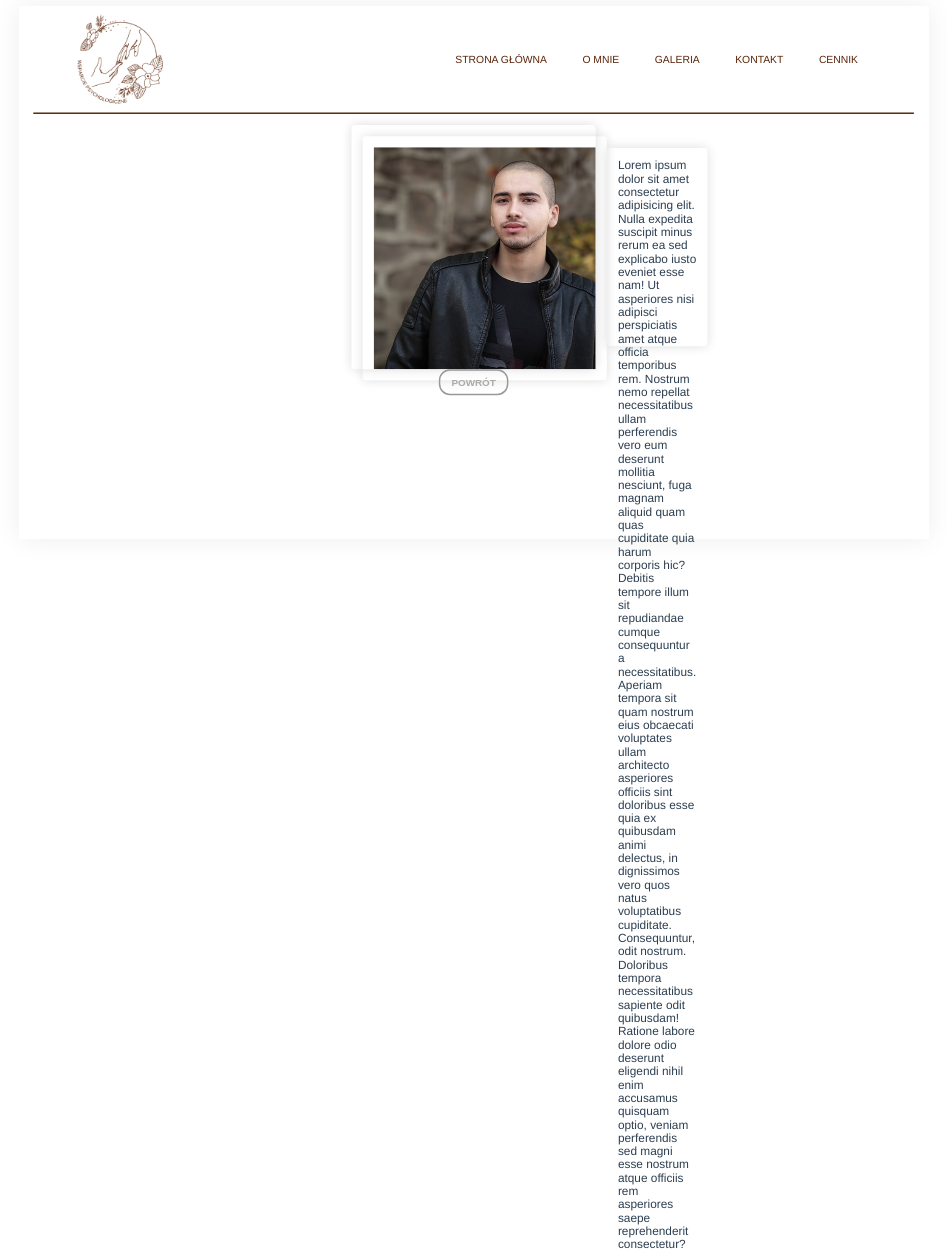
Repository: Kondzioor/szczepan-page
Page: /about
These files come from the project's save history. The page is drawn as it stood at one moment and after the next save; the edit follows.
The browser window is 1280 px wide. The pictures show the whole page, at 74% of full size.
Some web libraries are served in a nearby version. The project was rebuilt for these pictures with package versions that can differ from the ones it lists, and the page was loaded fresh each time. Also part of the build but not shown: src/views/Home.vue.

Above is the page before, as saved 2022-04-12 14:43:02.

### public/index.html
<!DOCTYPE html>
<html lang="">
  <head>
    <meta charset="utf-8">
    <meta http-equiv="X-UA-Compatible" content="IE=edge">
    <meta name="viewport" content="width=device-width,initial-scale=1.0">
    <link rel="icon" href="<%= BASE_URL %>favicon.ico">
    <title><%= htmlWebpackPlugin.options.title %></title>
    <script src="https://kit.fontawesome.com/c0ecb9f799.js" crossorigin="anonymous"></script>
  </head>
  <body>
    <noscript>
      <strong>We're sorry but <%= htmlWebpackPlugin.options.title %> doesn't work properly without JavaScript enabled. Please enable it to continue.</strong>
    </noscript>
    <div id="app"></div>
    <!-- built files will be auto injected -->
  </body>
</html>

### src/App.vue
<template>
 <div class="app">
   <Navbar />
   <router-view></router-view>
 </div>
</template>
<script>
import Navbar from './components/Navbar.vue'
export default {
  components:{
    Navbar,
  }
}
</script>

<style lang="scss">
.app {
  font-family: Avenir, Helvetica, Arial, sans-serif;
  -webkit-font-smoothing: antialiased;
  -moz-osx-font-smoothing: grayscale;
  color: #2c3e50;
  width: 100%;
  box-sizing: border-box;
  max-width:  1230px;
  min-height: 100vh;
  margin: 0 auto;
  padding: 0 20px;
  box-shadow: 0 0 35px #eee ;
}
a{
  text-decoration: none;
}
ul li{
  list-style: none;
}
button{
  border: none;
  outline: none;
  background: transparent;
  cursor: pointer;
}
</style>

### src/router/index.js
import { createRouter, createWebHistory } from 'vue-router'
import Home from '../views/Home.vue'
import AboutUs from '../views/AboutUs.vue'

const routes = [
  {
    path: '/',
    name: 'Home',
    component: Home
  },
  {
    path: '/about',
    name: 'AboutUs',
    component: AboutUs
  }
]

const router = createRouter({
  history: createWebHistory(process.env.BASE_URL),
  routes
})

export default router

### src/components/Navbar.vue
<template>
    <div class="header">
        <nav>
            <div class="branding">
                <img class="logo" src="../assets/logo/logo.png" alt="">
            </div>
            <ul v-if="!mobile" class="navigation">
                <li ><a class="link" href="#" @click="homePush">Strona główna</a></li>
                <li ><a class="link" href="#" @click="aboutUsPush">O mnie</a></li>
                <li ><a class="link" href="#">Galeria</a></li>
                <li ><a class="link" href="#">Kontakt</a></li>
                <li ><a class="link" href="#">Cennik</a></li>
            </ul>

            <div class="icon">
                <i @click="toggleMobileNav" v-show="mobile" class="fas fa-bars" :class="{'icon-active': mobileNav}"></i>
            </div>
            <transition name="mobile-nav">
                <ul v-if="mobileNav" class="dropdown-nav">
                <li ><a class="link" href="#" @click="homePush">Strona główna</a></li>
                <li ><a class="link" href="#" @click="aboutUsPush">O mnie</a></li>
                <li ><a class="link" href="#">Galeria</a></li>
                <li ><a class="link" href="#">Kontakt</a></li>
                <li ><a class="link" href="#">Cennik</a></li>
                </ul>
            </transition>
        </nav>
    </div>
</template>
<script>
import { useRouter } from "vue-router";
export default {

    data(){
        return{
            router: useRouter(),
            mobile: null,
            mobileNav: null,
            windowWidth: null,
        }
    },
    computed:{

  },
  methods:{
    toggleMobileNav(){
        this.mobileNav = !this.mobileNav
    },
    homePush(){
        this.router.push('/')
    },
    aboutUsPush(){
      this.router.push('/about')
    },

    checkScreen(){
        this.windowWidth = window.innerWidth;
        if(this.windowWidth <= 920){
            this.mobile = true
            return
        }
        this.mobile = false;
        this.mobileNav = false;
        return
    },
  },
  created(){
      window.addEventListener('resize',this.checkScreen);
      this.checkScreen();
  },
}
</script>
<style scoped>
.header{
    max-width:  1230px;
    background-color: white;
    width: 100%;
    border-bottom: 2px solid #5b250a;
    position: relative;
    transition: 0.5s ease all;
    color: #5b250a;
}
.logo{
    cursor: pointer;
}
nav{
    display: flex;
    flex-direction: row;
    padding: 12px 0;
    transition: .5s ease all;
    width:90%;
    margin: 0 auto;
    align-items: center;
}
ul,
.link {
    font-weight: 500;
    color: #5b250a;
    list-style: none;
    text-decoration: none;
}
li{
    text-transform: uppercase;
    padding: 16px;
    margin-left: 16px;
}
.link{
    font-size: 14px;
    transition: .5s ease all;
    padding-bottom: 4px;
    border-bottom: 1px solid transparent;
}
.link:hover{
    color: rgb(81,167,38);
    border-color: rgb(81,167,38);

}
.branding{

    display: flex;
    align-items: center;

}
.branding img{
    width:100%;
    transition: .5s ease all;
}
.navigation{
    display:flex;
    align-items: center;
    flex:1;
    justify-content: flex-end;
}
.icon{
    display: flex;
    align-items: center;
    position: absolute;
    top:0;
    right: 24px;
    height: 100%;
    z-index: 100;
}
i{
    cursor: pointer;
    font-size: 24px;
    transition: .8s ease all;
    margin-right: 40px;
}
.icon-active{
    transform: rotate(180deg);
}
.dropdown-nav{
    display: flex;
    flex-direction: column;
    position: fixed;
    width: 100%;
    max-width: 250px;
    height: 100%;
    background-color: #fff;
    top: 0;
    left: 0;
    z-index: 99;
}
.dropdown-nav li{
    margin-left: 0;

}
.mobile-nav-enter-active,
.mobile-nav-leave-active{
    transition: 1s ease all;
}
.mobile-nav-enter-from,
.mobile-nav-leave-to{
    transform: translateX(-250px)
}
.mobile-nav-enter-to{
    transform: translateX(0)
}

@media (max-width: 420px){
  i{
      margin-right: 10px;
  }
}
@media (max-width: 500px){
  i{
      margin-right: 5px;
  }
}
</style>

### src/views/AboutUs.vue
<template>
<div class="container">
        <section>
            <img src="../assets/boy.jpg" alt="">
            <p class="text">Lorem ipsum dolor sit amet consectetur adipisicing elit. Nulla expedita suscipit minus rerum ea sed explicabo iusto eveniet esse nam! Ut asperiores nisi adipisci perspiciatis amet atque officia temporibus rem.
            Nostrum nemo repellat necessitatibus ullam perferendis vero eum deserunt mollitia nesciunt, fuga magnam aliquid quam quas cupiditate quia harum corporis hic? Debitis tempore illum sit repudiandae cumque consequuntur a necessitatibus.
            Aperiam tempora sit quam nostrum eius obcaecati voluptates ullam architecto asperiores officiis sint doloribus esse quia ex quibusdam animi delectus, in dignissimos vero quos natus voluptatibus cupiditate. Consequuntur, odit nostrum.
            Doloribus tempora necessitatibus sapiente odit quibusdam! Ratione labore dolore odio deserunt eligendi nihil enim accusamus quisquam optio, veniam perferendis sed magni esse nostrum atque officiis rem asperiores saepe reprehenderit consectetur?</p>
        </section>
        <button @click="homePush">Powrót</button>
    </div>
</template>
<script>
import { useRouter } from "vue-router";
export default {
    data(){
        return{
             router: useRouter(),
        }
    },
    methods:{
        homePush(){
            this.router.push('/')
        }
    }
}
</script>
<style scoped>

.container{
    display: flex;
    align-items: center;
    justify-content: center;
    border-radius: 50px;
    margin: 15px 15px;
    flex-direction: column;
}
section{
    display: flex;
    width: 300px;
    height: 300px;
    padding: 15px;
    box-shadow: 0 0 15px #ddd;
    border-radius: 5px;

    object-fit: cover;
    border-radius: 5px;
}

img{
    width: 300px;
    height: 300px;
    padding: 15px;
    box-shadow: 0 0 15px #ddd;
    border-radius: 5px;
    display: block;
    object-fit: cover;
    border-radius: 5px;
}
.text{
    padding: 15px;
    box-shadow: 0 0 15px #ddd;
    border-radius: 5px;
    display: block;
    object-fit: cover;
    border-radius: 5px;

}
button{
    border: 2px solid #999;
    color: #aaa;
    border-radius: 15px;
    padding: 8px 15px;
    text-transform: uppercase;
    font-weight: 600;

}
button:hover{
    color: rgb(81,167,38);
    border-color: rgb(81,167,38);
}
@media (max-width: 720px){
    .inner-container{
    padding: 80px 50px;
    }
}
@media (max-width: 500px){
    .inner-container{
    padding: 50px 20px;
    }
}
</style>

Loaded but not shown: src/main.js (common file); src/store/index.js (common file)

After the next save:
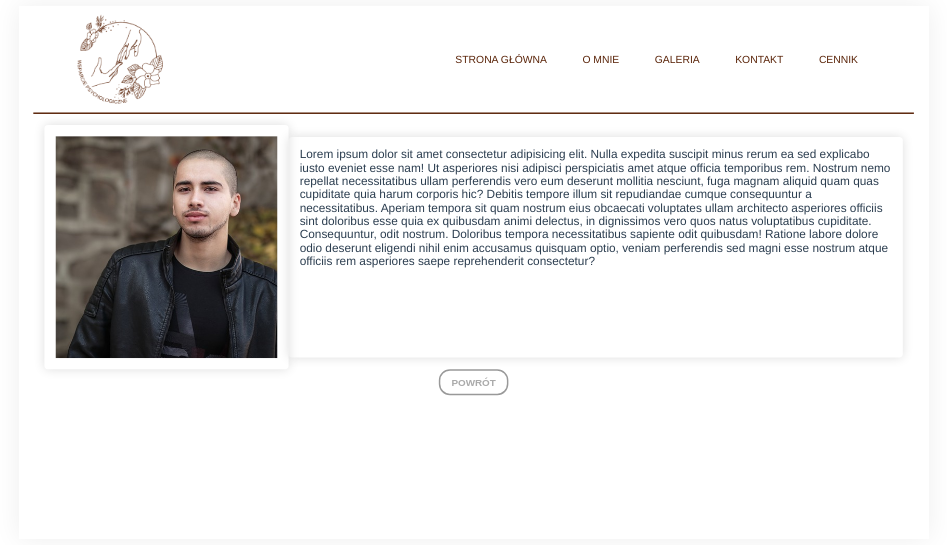
Saved 4 s later.
--- a/src/views/AboutUs.vue
+++ b/src/views/AboutUs.vue
@@ -37,14 +37,7 @@
 }
 section{
     display: flex;
-    width: 300px;
-    height: 300px;
-    padding: 15px;
-    box-shadow: 0 0 15px #ddd;
-    border-radius: 5px;
 
-    object-fit: cover;
-    border-radius: 5px;
 }
 
 img{

After the save that followed:
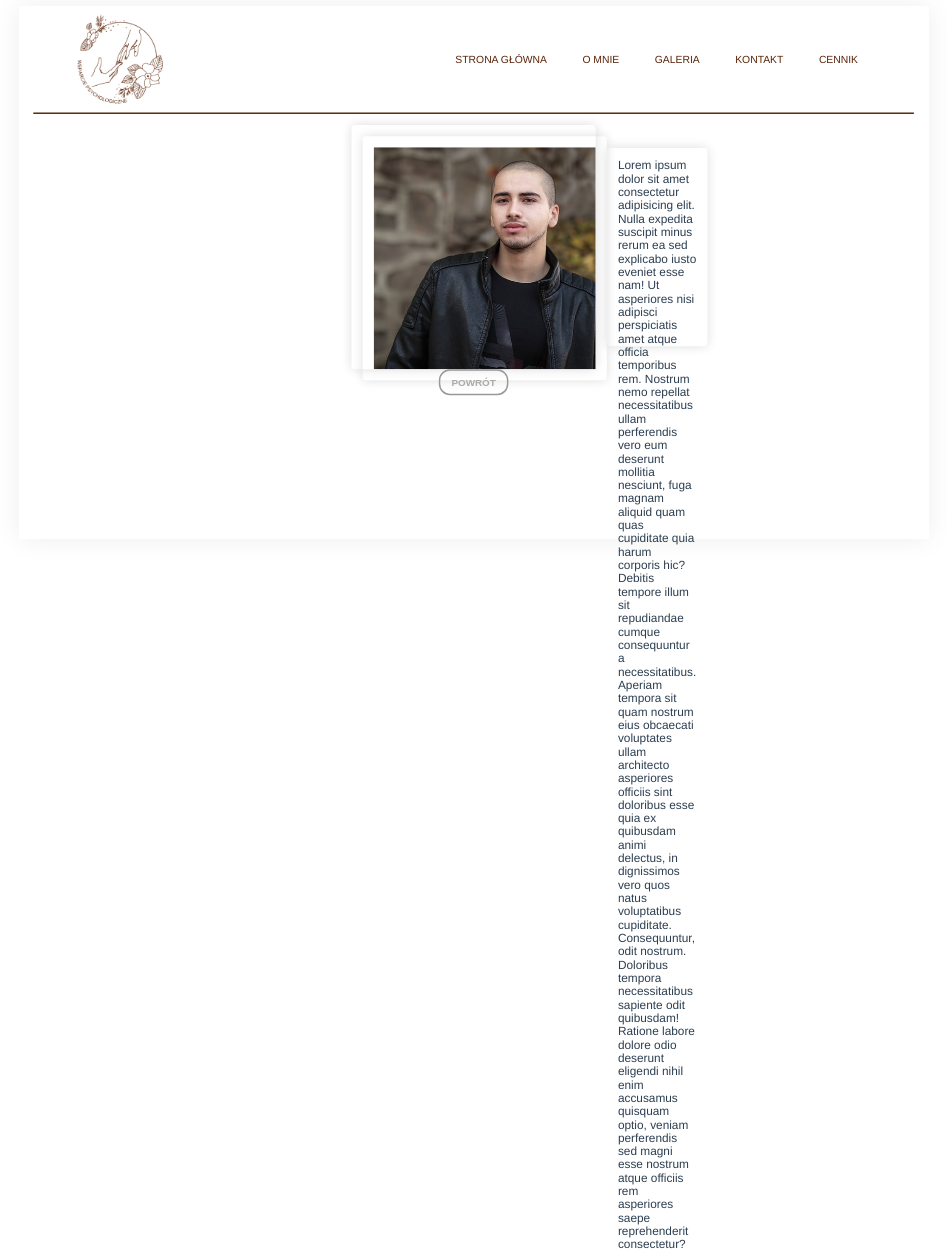
Saved 14 s later.
--- a/src/views/AboutUs.vue
+++ b/src/views/AboutUs.vue
@@ -37,6 +37,11 @@
 }
 section{
     display: flex;
+    width: 300px;
+    height: 300px;
+    padding: 15px;
+    box-shadow: 0 0 15px #ddd;
+    border-radius: 5px;
 
 }
 
